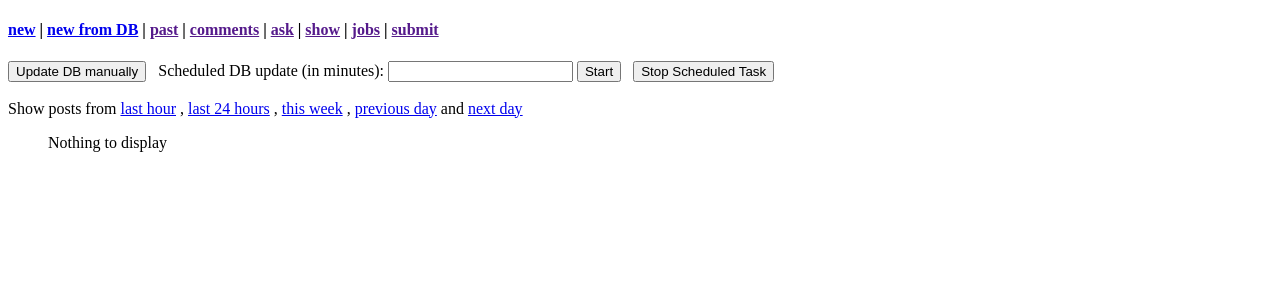
Repository: akshatmaheshwar/HackerNews-Clone
Page: http://localhost/HackerNews/dbnewest
These files come from the project's save history. The page is drawn as it stood at one moment and after the next save; the edit follows.
The browser window is 1280 px wide. The pictures show the whole page.
The page is served by Tomcat 10. Other server files are loaded and not shown. Queries for data that is not in the repository find no rows.

Above is the page before, as saved 2023-10-16 04:01:11.

### HackerNews/src/main/webapp/newest.jsp
<%@ page language="java" contentType="text/html; charset=ISO-8859-1"
    pageEncoding="ISO-8859-1"%>
    <%@ page import="java.util.ArrayList" %>
    <%@ page import="java.util.Iterator" %>
    <%@ page import="java.net.URI" %>
    <%@ page import="java.util.Calendar"%>
    <%@ page import="com.example.newest.Posts" %>
<!DOCTYPE html>
<html>
<head>
<meta charset="ISO-8859-1">
<title>Hacker News</title>
</head>
<body>
<%!
String timeDiff(Long timeStamp){
	long epoch = System.currentTimeMillis()/1000;
	long difference = epoch - timeStamp;
	if(difference/86400>0)return (difference/86400) + " days ago";
	if(difference/3600>0) return (difference/3600) + " hours ago";
	if (difference/60>0) return (difference/60) + " minutes ago";
	return (difference) + " seconds ago";
}
String getDomainName(String url){
	URI uri;
	try{
		uri = new URI(url);
		String host = uri.getHost();
		String domainName = host.startsWith("www.") ? host.substring(4) : host;
		return "(" + domainName + ")";
	}catch(Exception e){
		System.out.println(e);
	}
	return "";
}
long getTimeStampLastHour(){
	Calendar c = Calendar.getInstance();
	c.setTimeInMillis(System.currentTimeMillis());
	c.add(Calendar.HOUR_OF_DAY,-1);
	return c.getTimeInMillis()/1000;
}
long getTimeStampLast24Hour(){
	Calendar c = Calendar.getInstance();
	c.setTimeInMillis(System.currentTimeMillis());
	c.add(Calendar.DAY_OF_MONTH,-1);
	return c.getTimeInMillis()/1000;
}
long getTimeStampThisWeek(){
	Calendar c = Calendar.getInstance();
	c.setTimeInMillis(System.currentTimeMillis());
    int daysUntilSunday = Calendar.SUNDAY - c.get(Calendar.DAY_OF_WEEK);
    daysUntilSunday = daysUntilSunday>0? daysUntilSunday - 7:daysUntilSunday;
    c.add(Calendar.DAY_OF_MONTH, daysUntilSunday);
    c.set(Calendar.HOUR_OF_DAY, 0);
    c.set(Calendar.MINUTE, 0);
    c.set(Calendar.SECOND, 0);
    c.set(Calendar.MILLISECOND, 0);
	return c.getTimeInMillis()/1000;
}
long getMidNight(int n){
	Calendar c = Calendar.getInstance();
	c.setTimeInMillis(System.currentTimeMillis());
	c.add(Calendar.DAY_OF_MONTH, n);
    c.set(Calendar.HOUR_OF_DAY, 0);
    c.set(Calendar.MINUTE, 0);
    c.set(Calendar.SECOND, 0);
    c.set(Calendar.MILLISECOND, 0);
	return c.getTimeInMillis()/1000;
}
%>
<h4> <a href ="newest">new</a>&nbsp;|&nbsp;<a href ="dbnewest">new from DB</a>&nbsp;|&nbsp;<a href ="">past</a>&nbsp;|&nbsp;<a href ="">comments</a>&nbsp;|&nbsp;<a href ="">ask</a>&nbsp;|&nbsp;<a href ="">show</a>&nbsp;|&nbsp;<a href ="">jobs</a>&nbsp;|&nbsp;<a href ="">submit</a></h4>
<% int startNo = 1;
int dateNav = 0;
if(request.getAttribute("pagination")!=null)startNo = (int)request.getAttribute("pagination")-29;
if(request.getAttribute("datenav")!=null)dateNav = (int)request.getAttribute("datenav");%>
	<div style="display: flex;">
	<form action="dbnewest" method="post"><input type="submit" value="Update DB manually"></form> &nbsp; &nbsp;
	<form action="scheduledservlet" method="post">
        Scheduled DB update (in minutes): <input type="text" name="intervalMinutes" required>
        <input type="submit" value="Start">
    </form> &nbsp; &nbsp;
    <form action="stopscheduledservlet" method="post"><input type="submit" value="Stop Scheduled Task"></form></div>

    <br>
    <div>Show posts from <a href = "dbnewest?fromtime=<%=getTimeStampLastHour()%>">last hour</a> , <a href = "dbnewest?fromtime=<%=getTimeStampLast24Hour()%>">last 24 hours</a> , <a href = "dbnewest?fromtime=<%=getTimeStampThisWeek()%>">this week</a> , <a href = "dbnewest?fromtime=<%=getMidNight(dateNav-1)%>&totime=<%=getMidNight(dateNav)%>&datenav=<%=dateNav-1%>">previous day</a> and <a href = "dbnewest?fromtime=<%=getMidNight(dateNav+1)%>&totime=<%=getMidNight(dateNav+2)%>&datenav=<%=dateNav+1%>">next day</a></div>
<ol start = <%=startNo%>>
     <%
    ArrayList<Posts> postList = (ArrayList<Posts>)request.getAttribute("postList");

    if (postList != null&&!postList.isEmpty()) {
        Iterator<Posts> iterator = postList.iterator();
        while (iterator.hasNext()) {
            Posts item = iterator.next();
%>
            <li><span><a href ="<%=item.getUrl()%>"><%= item.getTitle() %></a> <%= getDomainName(item.getUrl())%> </span>
            <p><%=item.getScore()%> point &nbsp; Posted by <%=item.getBy() %> &nbsp; <%= timeDiff(item.getTime()) %><%if(item.getKids()!=null&&item.getKids().size()>0){%> &nbsp; <a href = "postcomments?postId=<%=item.getId()%>"> <%=item.getKids().size()%> comments</a><%}%></p></li>
<%
        }
    }else{%>
    <p>Nothing to display</p>
    <%
    }%>
</ol>
<%if(request.getAttribute("pagination")!=null&&postList!=null&&!postList.isEmpty()){%> <a href = "dbnewest?<%if(request.getAttribute("fromtime")!=null){%>fromtime=<%=request.getAttribute("fromtime")%>&<%}%><%if(request.getAttribute("totime")!=null){%>totime=<%=request.getAttribute("totime")%>&<%}%><%if(dateNav!=0){%>datenav=<%=dateNav%>&<%}%>pagination=${pagination}"> More</a><%} %>
</body>
</html>

### HackerNews/src/main/java/com/example/newest/DBNewestServlet.java
package com.example.newest;

import jakarta.servlet.ServletException;
import jakarta.servlet.annotation.WebServlet;
import jakarta.servlet.http.HttpServlet;
import jakarta.servlet.http.HttpServletRequest;
import jakarta.servlet.http.HttpServletResponse;
import java.io.IOException;
import java.math.BigDecimal;
import java.net.URL;
import java.sql.Connection;
import java.sql.DriverManager;
import java.sql.PreparedStatement;
import java.sql.ResultSet;
import java.sql.SQLException;
import java.sql.Statement;
import java.sql.Timestamp;
import java.time.Instant;
import java.util.ArrayList;
import java.util.List;
import java.util.Scanner;

import javax.net.ssl.HttpsURLConnection;

import com.fasterxml.jackson.databind.ObjectMapper;
@WebServlet("/dbnewest")
public class DBNewestServlet extends HttpServlet {
	private static final long serialVersionUID = 1L;

    public DBNewestServlet() {
        super();
    }
	protected void doGet(HttpServletRequest request, HttpServletResponse response) throws ServletException, IOException {
		int pagination = 0;
		long fromTime = 0;
		long toTime = System.currentTimeMillis()/1000;
		int dateNav = 0;
		if(request.getParameter("pagination")!=null)pagination = Integer.parseInt(request.getParameter("pagination"));
		if(request.getParameter("fromtime")!=null) {
			fromTime = Long.parseLong(request.getParameter("fromtime"));
			request.setAttribute("fromtime", fromTime);
		}
		if(request.getParameter("totime")!=null) {
			toTime = Long.parseLong(request.getParameter("totime"));
			request.setAttribute("totime", toTime);
		}
		if(request.getParameter("datenav")!=null)dateNav = Integer.parseInt(request.getParameter("datenav"));
	    try {
			Class.forName("com.mysql.cj.jdbc.Driver");
		} catch (ClassNotFoundException e) {
			e.printStackTrace();
		}
	    try(Connection con = DriverManager.getConnection("jdbc:mysql://localhost:3306/HackerNews","root","root")){
	    	Statement st = con.createStatement();
	    	ResultSet rs = st.executeQuery("SELECT * FROM HackerNewsPost WHERE time BETWEEN "+fromTime+" AND "+toTime+" ORDER BY time DESC LIMIT 30 OFFSET " + pagination );
	    	List<Posts> postList = new ArrayList<Posts>();
	    	while(rs.next()) {
	    		Posts post = new Posts();
	    		List<Integer> kidsId = new ArrayList<>();

	            try (Statement st1 = con.createStatement();
	                 ResultSet rs1 = st1.executeQuery("SELECT id FROM HackerNewsComments WHERE parent_id = " + rs.getInt("id"))) {

	                while (rs1.next()) {
	                    kidsId.add(rs1.getInt("id"));
	                }
	            }
	    		post.setKids(kidsId);
	    		post.setId(rs.getInt("id"));
	    		post.setBy(rs.getString("posted_by"));
	    		post.setDescendants(rs.getInt("descendants"));
	    		post.setScore(rs.getInt("score"));
	    		post.setText(rs.getString("text"));
	    		post.setTime(rs.getLong("time"));
	    		post.setTitle(rs.getString("title"));
	    		post.setType(rs.getString("type"));
	    		post.setUrl(rs.getString("url"));
	    		postList.add(post);
	    	}
	    	request.setAttribute("postList", postList);
	    }catch(Exception e) {e.printStackTrace();}
	    request.setAttribute("pagination", pagination+30);
	    request.setAttribute("datenav", dateNav);
        request.getRequestDispatcher("/newest.jsp").forward(request, response);

	}

	protected void doPost(HttpServletRequest request, HttpServletResponse response) throws ServletException, IOException {

		URL urlObj = new URL("https://hacker-news.firebaseio.com/v0/newstories.json?print=pretty");
		HttpsURLConnection connection = (HttpsURLConnection) urlObj.openConnection();
		connection.setRequestMethod("GET");
		int responseCode = connection.getResponseCode();

		if(responseCode == HttpsURLConnection.HTTP_OK) {
			StringBuilder sb = new StringBuilder();
			Scanner sc = new Scanner(connection.getInputStream());

			while(sc.hasNext())sb.append(sc.nextLine());
			sc.close();

			ObjectMapper om = new ObjectMapper();
			@SuppressWarnings("unchecked")
			List<Integer> jsonArr = om.readValue(sb.toString(),List.class);
			List<Posts> postList = new ArrayList<Posts>();

			for(int i=0;i<30;i++) {
				URL urlObj1 = new URL("https://hacker-news.firebaseio.com/v0/item/"+jsonArr.get(i)+".json?print=pretty");
				HttpsURLConnection connection1 = (HttpsURLConnection) urlObj1.openConnection();
				connection1.setRequestMethod("GET");
				int responseCode1 = connection1.getResponseCode();

				if(responseCode1 == HttpsURLConnection.HTTP_OK) {
					StringBuilder sb1 = new StringBuilder();
					Scanner sc1 = new Scanner(connection1.getInputStream());

					while(sc1.hasNext())sb1.append(sc1.nextLine());
					sc1.close();

					ObjectMapper om1 = new ObjectMapper();
					try{
						Posts post = om1.readValue(sb1.toString(),Posts.class);
						postList.add(post);
					}catch(Exception e) {
						System.out.println(e);
					}
				}
			}
			try {
			    Class.forName("com.mysql.cj.jdbc.Driver");
			} catch (ClassNotFoundException e) {
			    e.printStackTrace();
			}
			try(Connection con = DriverManager.getConnection("jdbc:mysql://localhost:3306/HackerNews","root","root")){
				try(PreparedStatement pst = con.prepareStatement("INSERT IGNORE INTO HackerNewsPost(id,posted_by,descendants,score,text,time,title,type,url) values(?,?,?,?,?,?,?,?,?)")){
					for(Posts post : postList) {
						pst.setInt(1, post.getId());
						pst.setString(2, post.getBy());
						pst.setInt(3, post.getDescendants());
						pst.setInt(4, post.getScore());
						pst.setString(5, post.getText());
						pst.setBigDecimal(6, new BigDecimal(post.getTime()));
						pst.setString(7,post.getTitle());
						pst.setString(8, post.getType());
						pst.setString(9,post.getUrl());
						pst.executeUpdate();
					}
					System.out.println("Updated DB successfully!");
				}catch(Exception e) {e.printStackTrace();}
			}catch(Exception e) {e.printStackTrace();}
			request.setAttribute("postList", postList);
			request.getRequestDispatcher("/comments").forward(request, response);
//			response.sendRedirect("dbnewest");
		}
	}

}

After the next save:
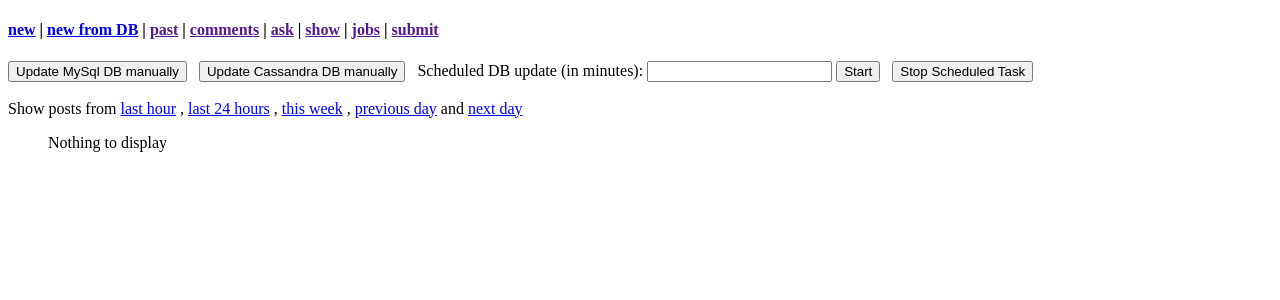
Saved 6 s later.
--- a/HackerNews/src/main/webapp/newest.jsp
+++ b/HackerNews/src/main/webapp/newest.jsp
@@ -74,7 +74,8 @@ int dateNav = 0;
 if(request.getAttribute("pagination")!=null)startNo = (int)request.getAttribute("pagination")-29;
 if(request.getAttribute("datenav")!=null)dateNav = (int)request.getAttribute("datenav");%>
 	<div style="display: flex;">
-	<form action="dbnewest" method="post"><input type="submit" value="Update DB manually"></form> &nbsp; &nbsp;
+	<form action="dbnewest" method="post"><input type="submit" value="Update MySql DB manually"></form> &nbsp; &nbsp;
+	<form action="casdbnewest" method="post"><input type="submit" value="Update Cassandra DB manually"></form> &nbsp; &nbsp;
 	<form action="scheduledservlet" method="post">
         Scheduled DB update (in minutes): <input type="text" name="intervalMinutes" required>
         <input type="submit" value="Start">
